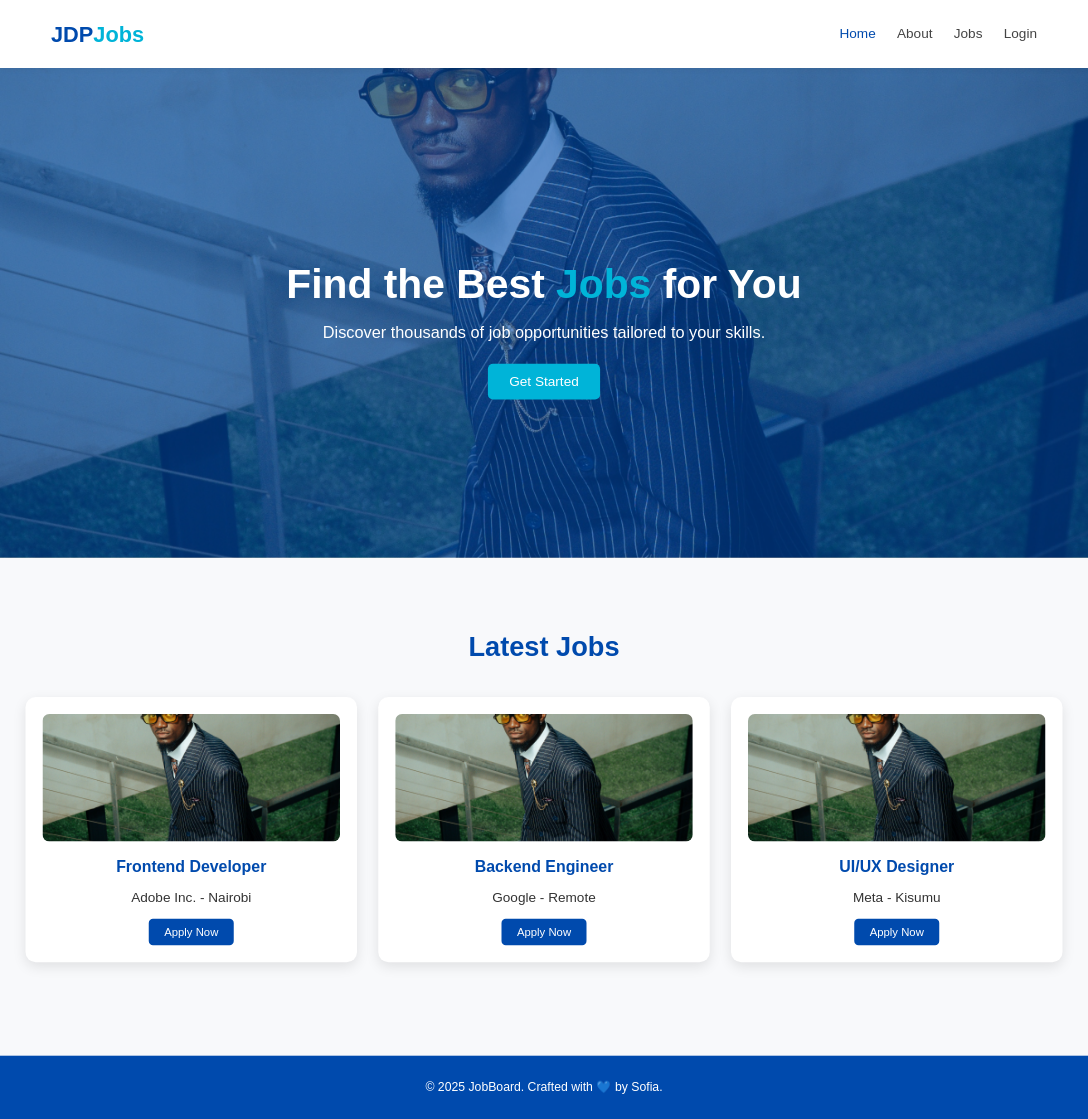
Repository: sofia123776/jobboard
Page: jobs/templates/jobs/home.html
These files come from the project's save history. The page is drawn as it stood at one moment and after the next save; the edit follows.
The browser window is 1280 px wide. The pictures show the whole page, at 85% of full size.
The template is drawn by Django 5.2. The application's start-up code is not run. The template is opened directly, without the code that normally fills it, so the values that code supplies are empty.

Above is the page before, as saved 2025-10-09 15:23:46.

After the next save:
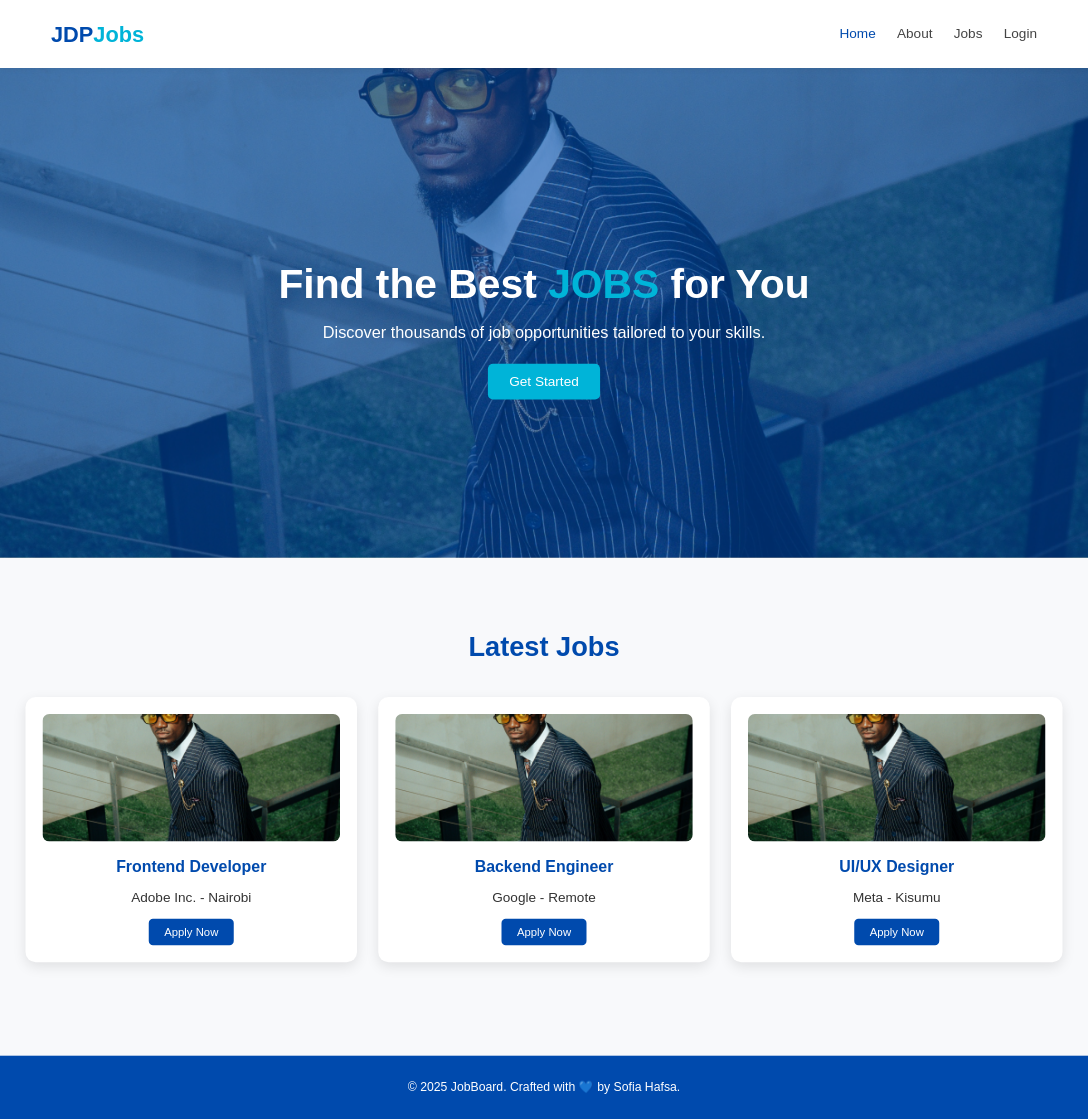
Saved 25 min 54 s later.
--- a/jobs/templates/jobs/home.html
+++ b/jobs/templates/jobs/home.html
@@ -22,7 +22,7 @@
 
   <section class="hero">
     <div class="hero-content">
-      <h1>Find the Best <span>Jobs</span> for You</h1>
+      <h1>Find the Best <span>JOBS</span> for You</h1>
       <p>Discover thousands of job opportunities tailored to your skills.</p>
       <button class="cta" onclick="showMessage()">Get Started</button>
     </div>
@@ -55,7 +55,7 @@
   </section>
 
   <footer>
-    <p>© 2025 JobBoard. Crafted with 💙 by Sofia.</p>
+    <p>© 2025 JobBoard. Crafted with 💙 by Sofia Hafsa.</p>
   </footer>
 
   <script src="{% static 'js/script.js' %}"></script>
